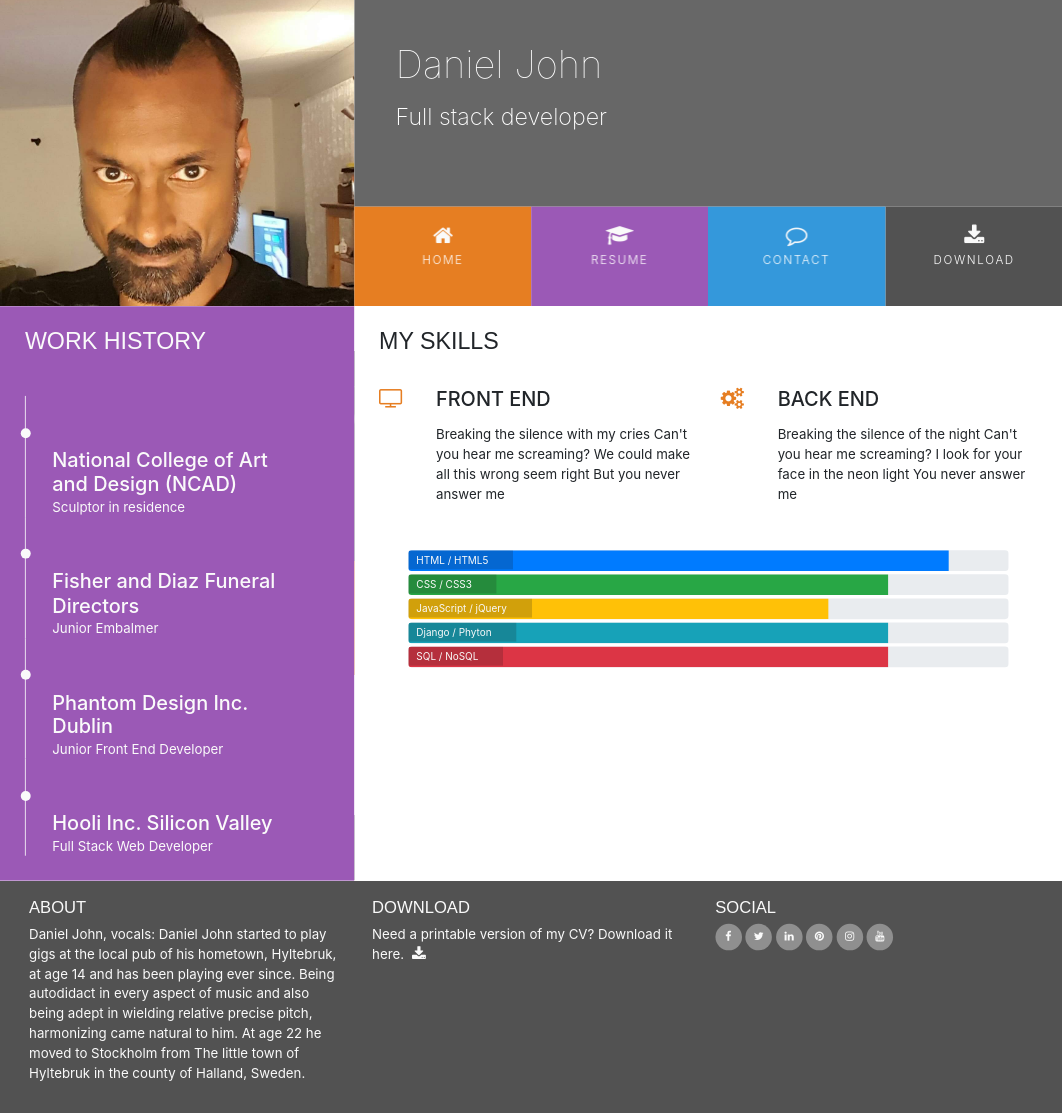
Repository: Jadehammar/initial-commit
Page: resume.html
The author's editor kept a record of every edit. The page is drawn from the files as they stood at one moment, then again after the next edit.
The browser window is 1280 px wide. The pictures show the whole page, at 83% of full size.

Above is the page before.

After the next edit:
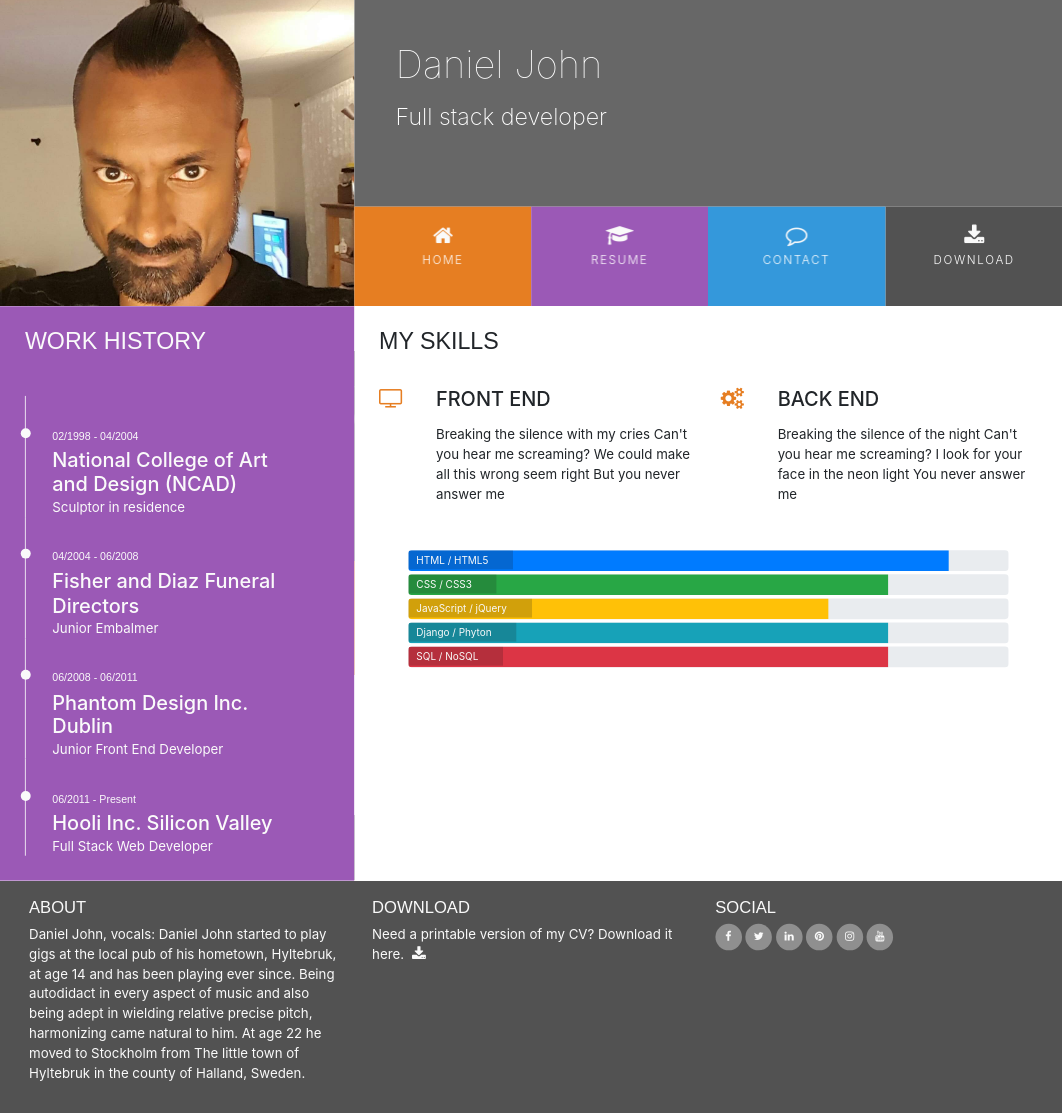
The edit:
--- a/assets/css/style.css
+++ b/assets/css/style.css
@@ -320,7 +320,7 @@
     margin: 0;
 }
 
-.timeline-item: before {
+.timeline-item:before {
     content: attr(data-dates);
     position: absolute;
     left: 2.5em;
